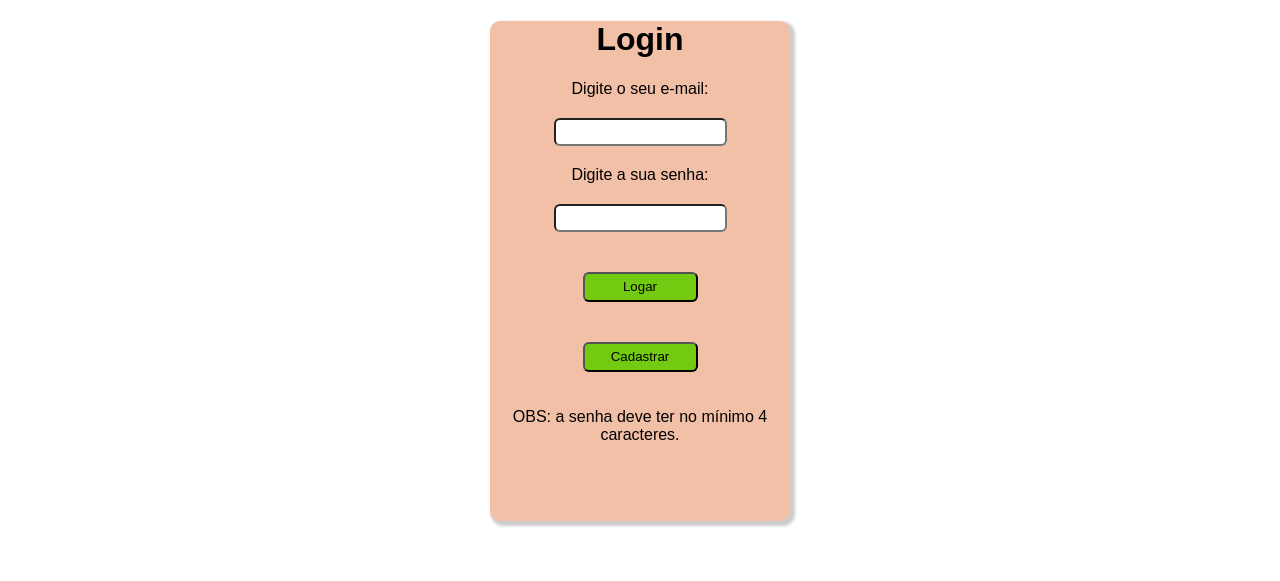
Repository: leviviana21/Java-web-login
Page: http://localhost/conexao_bd/dashboard.jsp
These files come from the project's save history. The page is drawn as it stood at one moment and after the next save; the edit follows.
The browser window is 1280 px wide. The pictures show the whole page.
The page is served by Tomcat 10.

Above is the page before, as saved 2025-06-23 18:22:29.

After the next save:
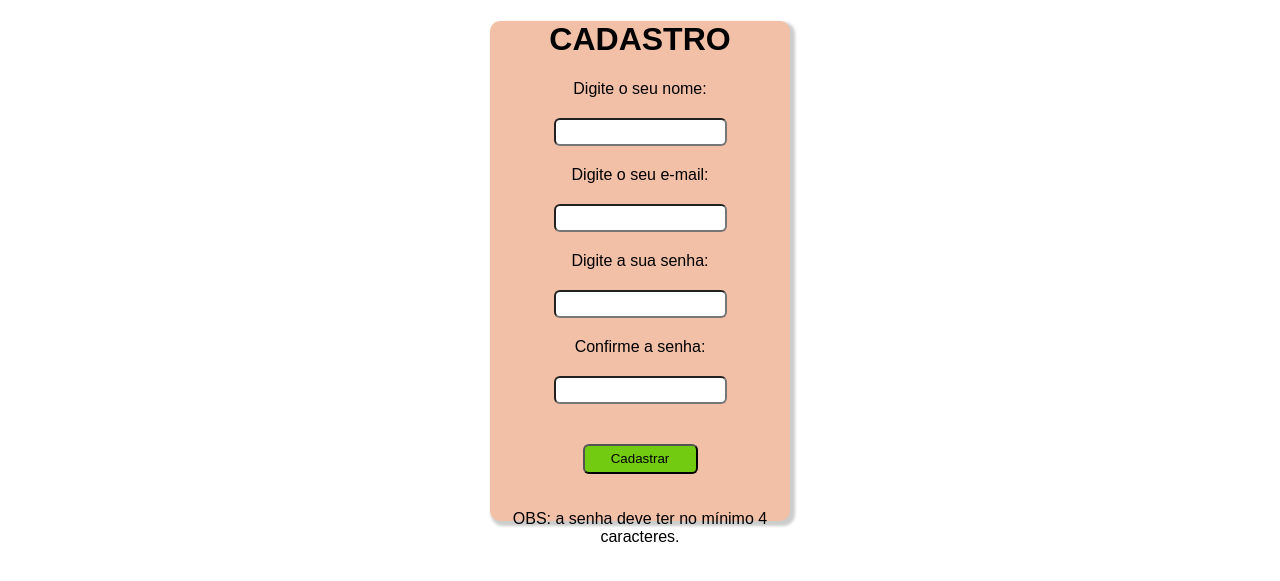
Saved 35 s later.
--- a/conexao_bd/src/main/webapp/dashboard.jsp
+++ b/conexao_bd/src/main/webapp/dashboard.jsp
@@ -11,17 +11,21 @@
 
 <div class="container">
 	<form action="cadastro" method="post">
-        <h1>Login</h1>
+        <h1>CADASTRO</h1>
+        <label>Digite o seu nome: </label>
+        <input type="text" name="txtNome" class="emailsenha" >
+        <br>
         <label>Digite o seu e-mail: </label>
         <input type="email" name="txtEmail" class="emailsenha" >
         <br>
         <label>Digite a sua senha: </label>
         <input type="password" name="txtSenha" class="emailsenha" >
         <br>
-        <input type="submit" value="Logar" name="botao" class="botao-login">
-        <input type="submit" value="Cadastrar" name="botao" class="botao-login">
+        <label>Confirme a senha: </label>
+        <input type="password" name="confirmar_Senha" class="emailsenha" >
+        <br>
+        <input type="submit" value="Cadastrar" name="cadastro" class="botao-login">
         <p>OBS: a senha deve ter no mínimo 4 caracteres.</p>
-
         <%
 			if(request.getAttribute("error") != null){
 		%>
